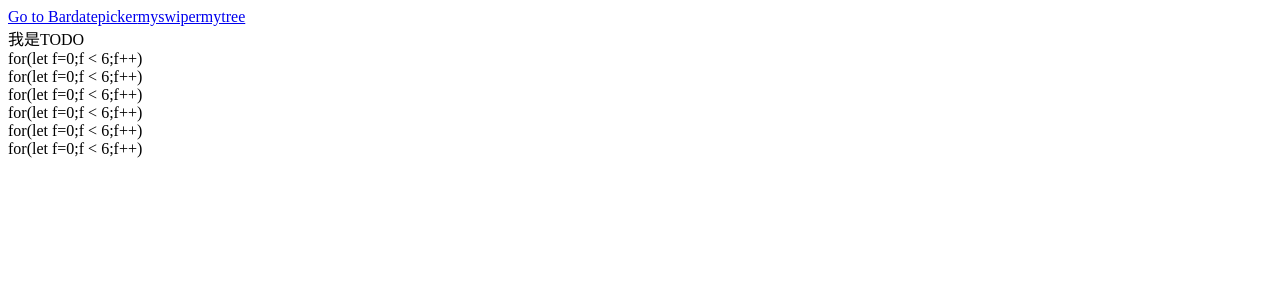
Repository: gu12/vue-hello
Page: /#/todo
An editor plug-in stored every save of this project. The page is shown before and after the next save, followed by the edit.
The browser window is 1280 px wide. The pictures show the whole page.
The project was rebuilt for these pictures with package versions that can differ from the ones it lists, and the page was loaded fresh each time. Also part of the build but not shown: src/views/Home.vue.

Above is the page before, as saved 2020-04-30 16:58:32.

After the next save:
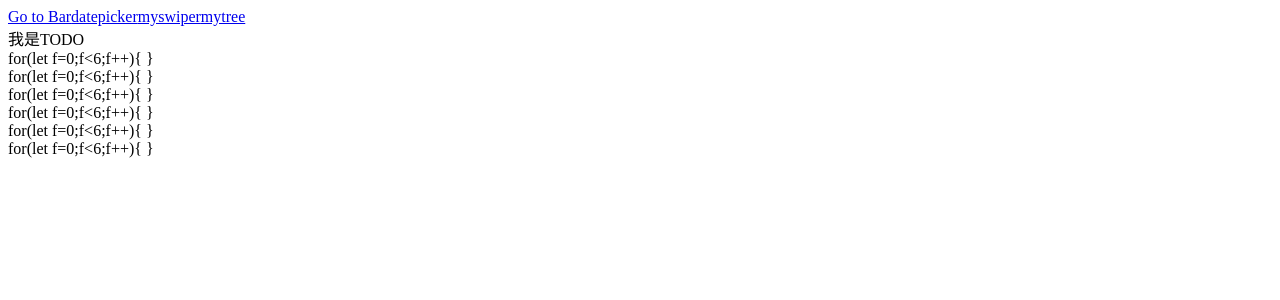
Saved 35 s later.
--- a/src/views/Todo/index.vue
+++ b/src/views/Todo/index.vue
@@ -3,7 +3,9 @@
 我是TODO
 
         <div v-for="i in 6" :key="i">
-            for(let f=0;f < 6;f++)
+            for(let f=0;f<6;f++){
+
+            }
             <span v-for="j in i" :key="j"></span>
 
 
